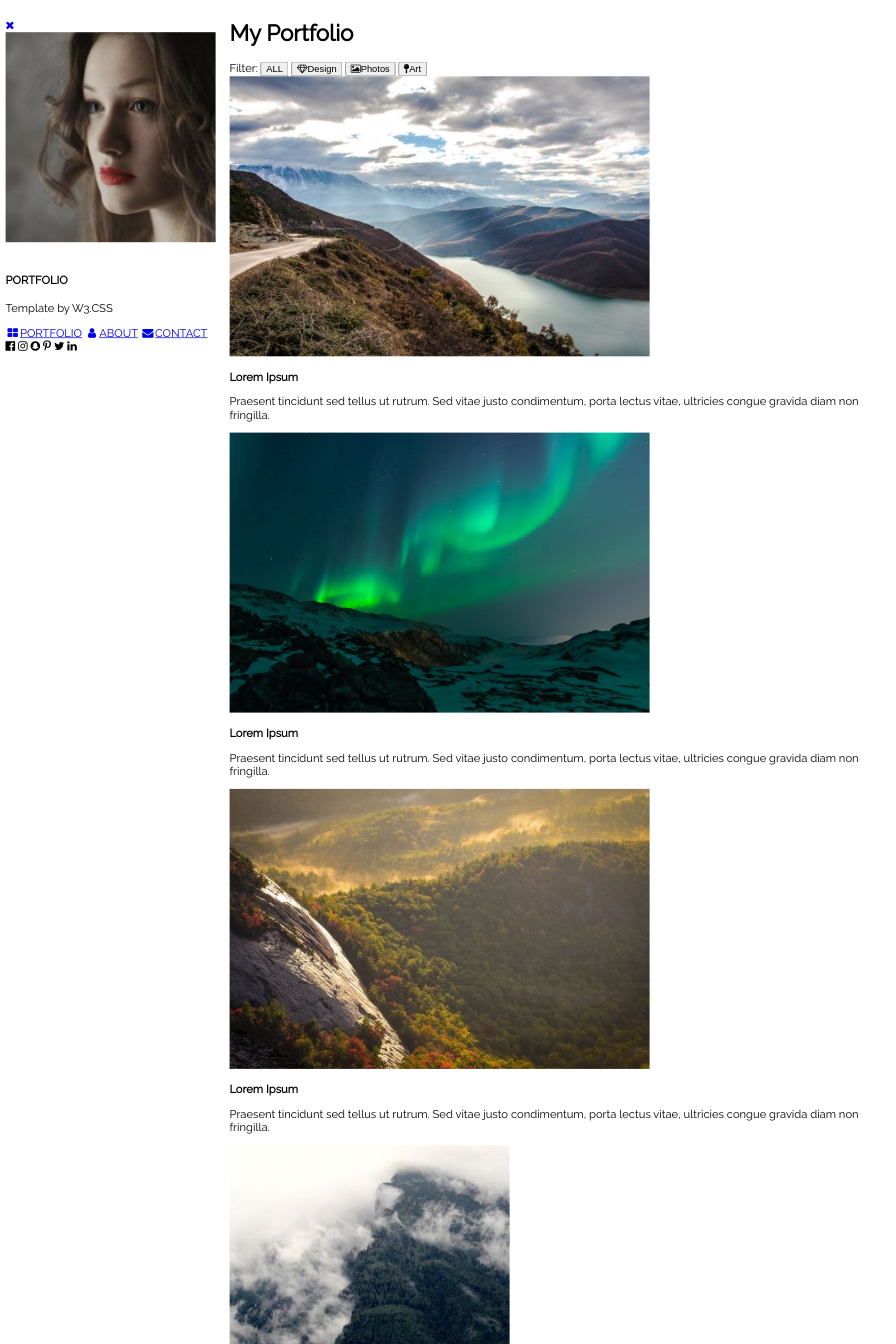
Repository: hesshess/clonecoding-assignment
Page: 5-nature-portfolio/template5.html
An editor plug-in stored every save of this project. The page is shown before and after the next save, followed by the edit.
The browser window is 1280 px wide. The pictures show the part of the page from y = 0 to 1920 px (the page is 5886 px tall before and 5943 px after), at 70% of full size.

Above is the page before, as saved 2022-03-18 17:21:21.

### 5-nature-portfolio/template5.html
<!DOCTYPE html>
<html>
  <head>
    <title>Nature Portfolio</title>
    <meta charset="UTF-8" />
    <meta name="viewport" content="width=device-width, initial-scale=1" />

    <link
      rel="stylesheet"
      href="https://fonts.googleapis.com/css?family=Raleway"
    />
    <link
      rel="stylesheet"
      href="https://cdnjs.cloudflare.com/ajax/libs/font-awesome/4.7.0/css/font-awesome.min.css"
    />
<link rel="stylesheet" href="./template5.css" />
  </head>
  <body >
    <!-- Sidebar/menu -->
    <nav
      id="mySidebar"
    >
      <br />
      <div>
        <a
          href="#""
          title="close menu"
        >
          <i class="fa fa-remove"></i>
        </a>
        <img
          src="./img/avatar_g2.jpg"


        /><br /><br />
        <h4><b>PORTFOLIO</b></h4>
        <p >Template by W3.CSS</p>
      </div>
      <div >
        <a
          href="#portfolio"
          onclick="w3_close()"

          ><i class="fa fa-th-large fa-fw"></i>PORTFOLIO</a
        >
        <a
          href="#about"

          ><i class="fa fa-user fa-fw "></i>ABOUT</a
        >
        <a
          href="#contact"


          ><i class="fa fa-envelope fa-fw"></i>CONTACT</a
        >
      </div>
      <div >
        <i class="fa fa-facebook-official w3-hover-opacity"></i>
        <i class="fa fa-instagram "></i>
        <i class="fa fa-snapchat "></i>
        <i class="fa fa-pinterest-p "></i>
        <i class="fa fa-twitter "></i>
        <i class="fa fa-linkedin "></i>
      </div>
    </nav>

    <!-- !PAGE CONTENT! -->
    <div class="cv" >
      <!-- Header -->
      <header id="portfolio">
        <div >
          <h1><b>My Portfolio</b></h1>
          <div>
            <span >Filter:</span>
            <button ">ALL</button>
            <button >
              <i class="fa fa-diamond "></i>Design
            </button>
            <button >
              <i class="fa fa-photo "></i>Photos
            </button>
            <button >
              <i class="fa fa-map-pin"></i>Art
            </button>
          </div>
        </div>
      </header>

      <!-- First Photo Grid-->
      <div >
        <div >
          <img
            src="./img/mountains.jpg"
            alt="Norway"

          />
          <div >
            <p><b>Lorem Ipsum</b></p>
            <p>
              Praesent tincidunt sed tellus ut rutrum. Sed vitae justo
              condimentum, porta lectus vitae, ultricies congue gravida diam non
              fringilla.
            </p>
          </div>
        </div>
        <div>
          <img
            src="./img/lights.jpg"
            alt="Norway"

          />
          <div >
            <p><b>Lorem Ipsum</b></p>
            <p>
              Praesent tincidunt sed tellus ut rutrum. Sed vitae justo
              condimentum, porta lectus vitae, ultricies congue gravida diam non
              fringilla.
            </p>
          </div>
        </div>
        <div >
          <img
            src="./img/nature.jpg"
            alt="Norway"

          />
          <div >
            <p><b>Lorem Ipsum</b></p>
            <p>
              Praesent tincidunt sed tellus ut rutrum. Sed vitae justo
              condimentum, porta lectus vitae, ultricies congue gravida diam non
              fringilla.
            </p>
          </div>
        </div>
      </div>

      <!-- Second Photo Grid-->
      <div >
        <div >
          <img
            src="./img/p1.jpg"
            alt="Norway"

          />
          <div >
            <p><b>Lorem Ipsum</b></p>
            <p>
              Praesent tincidunt sed tellus ut rutrum. Sed vitae justo
              condimentum, porta lectus vitae, ultricies congue gravida diam non
              fringilla.
            </p>
          </div>
        </div>
        <div >
          <img
            src="./img/p2.jpg"
            alt="Norway"

          />
          <div >
            <p><b>Lorem Ipsum</b></p>
            <p>
              Praesent tincidunt sed tellus ut rutrum. Sed vitae justo
              condimentum, porta lectus vitae, ultricies congue gravida diam non
              fringilla.
            </p>
          </div>
        </div>
        <div >
          <img
            src="./img/p3.jpg"
            alt="Norway"

          />
          <div >
            <p><b>Lorem Ipsum</b></p>
            <p>
              Praesent tincidunt sed tellus ut rutrum. Sed vitae justo
              condimentum, porta lectus vitae, ultricies congue gravida diam non
              fringilla.
            </p>
          </div>
        </div>
      </div>

      <!-- Pagination -->
      <div >
        <div >
          <a href="#" >«</a>
          <a href="#" >1</a>
          <a href="#" >2</a>
          <a href="#" >3</a>
          <a href="#" >4</a>
          <a href="#" >»</a>
        </div>
      </div>

      <!-- Images of Me -->
      <div id="about">
        <div >
          <img src="./img/avatar_g.jpg" alt="Me"  />
        </div>
        <div >
          <img src="./img/me2.jpg" alt="Me"  />
        </div>
      </div>

      <div >
        <h4><b>About Me</b></h4>
        <p>
          Just me, myself and I, exploring the universe of unknownment. I have a
          heart of love and an interest of lorem ipsum and mauris neque quam
          blog. I want to share my world with you. Praesent tincidunt sed tellus
          ut rutrum. Sed vitae justo condimentum, porta lectus vitae, ultricies
          congue gravida diam non fringilla. Praesent tincidunt sed tellus ut
          rutrum. Sed vitae justo condimentum, porta lectus vitae, ultricies
          congue gravida diam non fringilla.
        </p>
        <hr />

        <h4>Technical Skills</h4>
        <!-- Progress bars / Skills -->
        <p>Photography</p>
        <div>
          <div

          >
            95%
          </div>
        </div>
        <p>Web Design</p>
        <div >
          <div

          >
            85%
          </div>
        </div>
        <p>Photoshop</p>
        <div >
          <div

          >
            80%
          </div>
        </div>
        <p>
          <button

          >
            <i class="fa fa-download "></i>Download Resume
          </button>
        </p>
        <hr />

        <h4>How much I charge</h4>
        <!-- Pricing Tables -->
        <div >
          <div>
            <ul

            >
              <li >Basic</li>
              <li >Web Design</li>
              <li>Photography</li>
              <li>1GB Storage</li>
              <li>Mail Support</li>
              <li>
                <h2>$ 10</h2>
                <span >per month</span>
              </li>
              <li >
                <button

                >
                  Sign Up
                </button>
              </li>
            </ul>
          </div>

          <div >
            <ul

            >
              <li >Pro</li>
              <li>Web Design</li>
              <li>Photography</li>
              <li>50GB Storage</li>
              <li>Endless Support</li>
              <li>
                <h2>$ 25</h2>
                <span >per month</span>
              </li>
              <li >
                <button

                >
                  Sign Up
                </button>
              </li>
            </ul>
          </div>

          <div >
            <ul

            >
              <li >Premium</li>
              <li>Web Design</li>
              <li>Photography</li>
              <li>Unlimited Storage</li>
              <li>Endless Support</li>
              <li>
                <h2>$ 25</h2>
                <span >per month</span>
              </li>
              <li >
                <button

                >
                  Sign Up
                </button>
              </li>
            </ul>
          </div>
        </div>
      </div>

      <!-- Contact Section -->
      <div >
        <h4 id="contact"><b>Contact Me</b></h4>
        <div


        >
          <div >
            <p><i class="fa fa-envelope "></i></p>
            <p>email@email.com</p>
          </div>
          <div >
            <p>
              <i class="fa fa-map-marker "></i>
            </p>
            <p>Chicago, US</p>
          </div>
          <div >
            <p><i class="fa fa-phone "></i></p>
            <p>512312311</p>
          </div>
        </div>
        <hr  />
        <form >
          <div >
            <label>Name</label>
            <input

              type="text"
              name="Name"
              required
            />
          </div>
          <div >
            <label>Email</label>
            <input

              type="text"
              name="Email"
              required
            />
          </div>
          <div >
            <label>Message</label>
            <input

              type="text"
              name="Message"
              required
            />
          </div>
          <button type="submit" >
            <i class="fa fa-paper-plane "></i>Send Message
          </button>
        </form>
      </div>

      <!-- Footer -->
      <footer >
        <div >
          <div >
            <h3>FOOTER</h3>
            <p>
              Praesent tincidunt sed tellus ut rutrum. Sed vitae justo
              condimentum, porta lectus vitae, ultricies congue gravida diam non
              fringilla.
            </p>
            <p>
              Powered by
              <a


                >w3.css</a
              >
            </p>
          </div>

          <div >
            <h3>BLOG POSTS</h3>
            <ul >
              <li>
                <img
                  src="./img/workshop.jpg"


                />
                <span >Lorem</span><br />
                <span>Sed mattis nunc</span>
              </li>
              <li>
                <img
                  src="./img/gondol.jpg"


                />
                <span >Ipsum</span><br />
                <span>Praes tinci sed</span>
              </li>
            </ul>
          </div>

          <div >
            <h3>POPULAR TAGS</h3>
            <p>
              <span >Travel</span>
              <span
                >New York</span
              >
              <span
                >London</span
              >
              <span >IKEA</span>
              <span
                >NORWAY</span
              >
              <span >DIY</span>
              <span
                >Ideas</span
              >
              <span >Baby</span>
              <span
                >Family</span
              >
              <span >News</span>
              <span
                >Clothing</span
              >
              <span
                >Shopping</span
              >
              <span
                >Sports</span
              >
              <span
                >Games</span
              >
            </p>
          </div>
        </div>
      </footer>

      <div >
        Powered by
        <a


          >w3.css</a
        >
      </div>

      <!-- End page content -->
    </div>

  </body>
</html>

### 5-nature-portfolio/template5.css
body,
h1,
h2,
h3,
h4,
h5,
h6 {
  font-family: 'Raleway', sans-serif;
}

body {
  display: grid;
  gap: 5px;
  grid-template-columns: 1fr 3fr;
  grid-template-rows: 3fr;
}

After the next save:
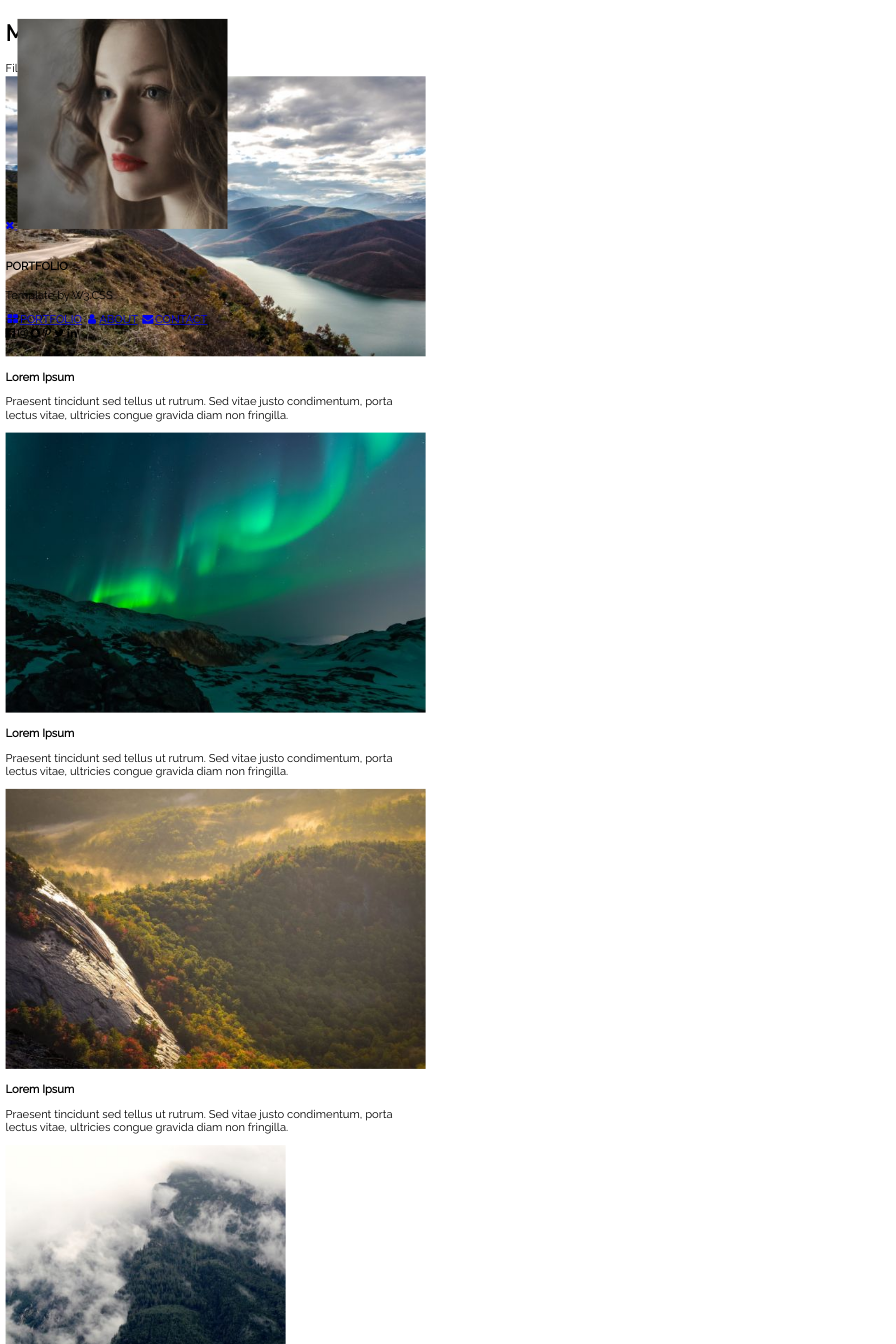
Saved 42 s later.
--- a/5-nature-portfolio/template5.css
+++ b/5-nature-portfolio/template5.css
@@ -14,3 +14,6 @@ body {
   grid-template-columns: 1fr 3fr;
   grid-template-rows: 3fr;
 }
+nav {
+  position: absolute;
+}

After the save that followed:
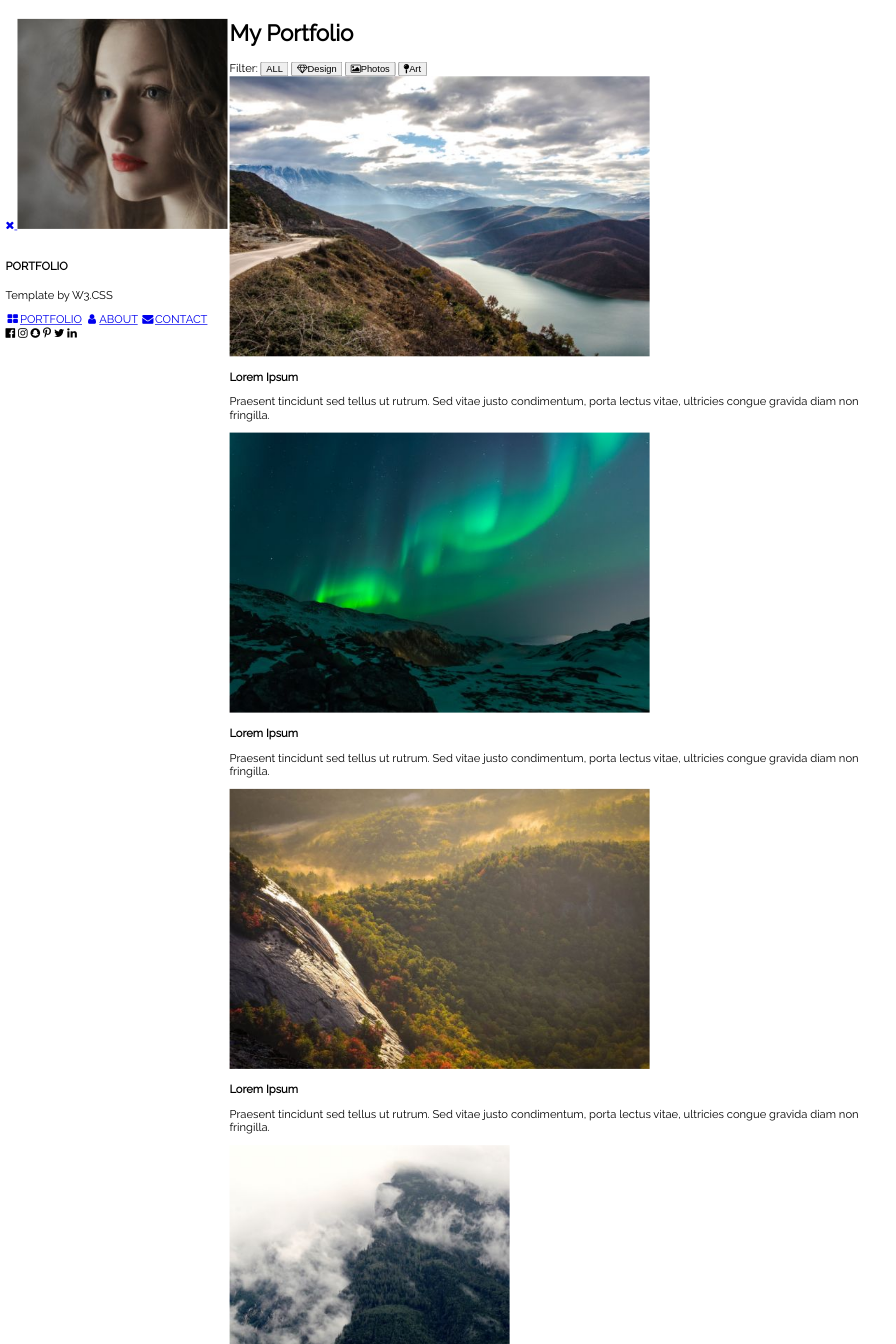
Saved 38 s later.
--- a/5-nature-portfolio/template5.html
+++ b/5-nature-portfolio/template5.html
@@ -64,7 +64,7 @@
         <i class="fa fa-linkedin "></i>
       </div>
     </nav>
-
+<div></div>
     <!-- !PAGE CONTENT! -->
     <div class="cv" >
       <!-- Header -->
